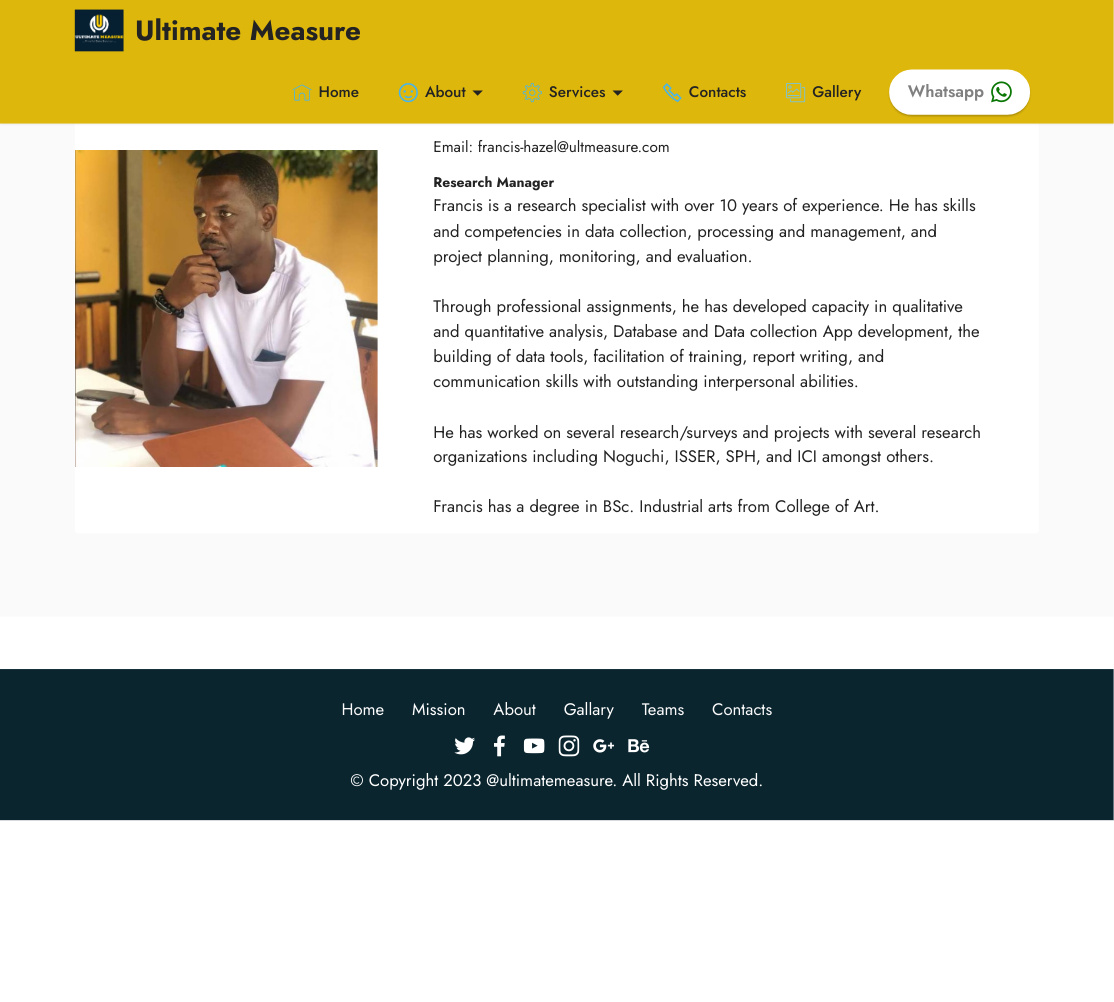
Repository: Saviour-Dagadu/ultMeasure
Page: page3.html
These files come from the project's save history. The page is drawn as it stood at one moment and after a run of saves; the edit follows.
The browser window is 1280 px wide. The pictures show the whole page, at 87% of full size.

Above is the page before, as saved 2023-07-19 04:13:01.

After the next 2 saves:
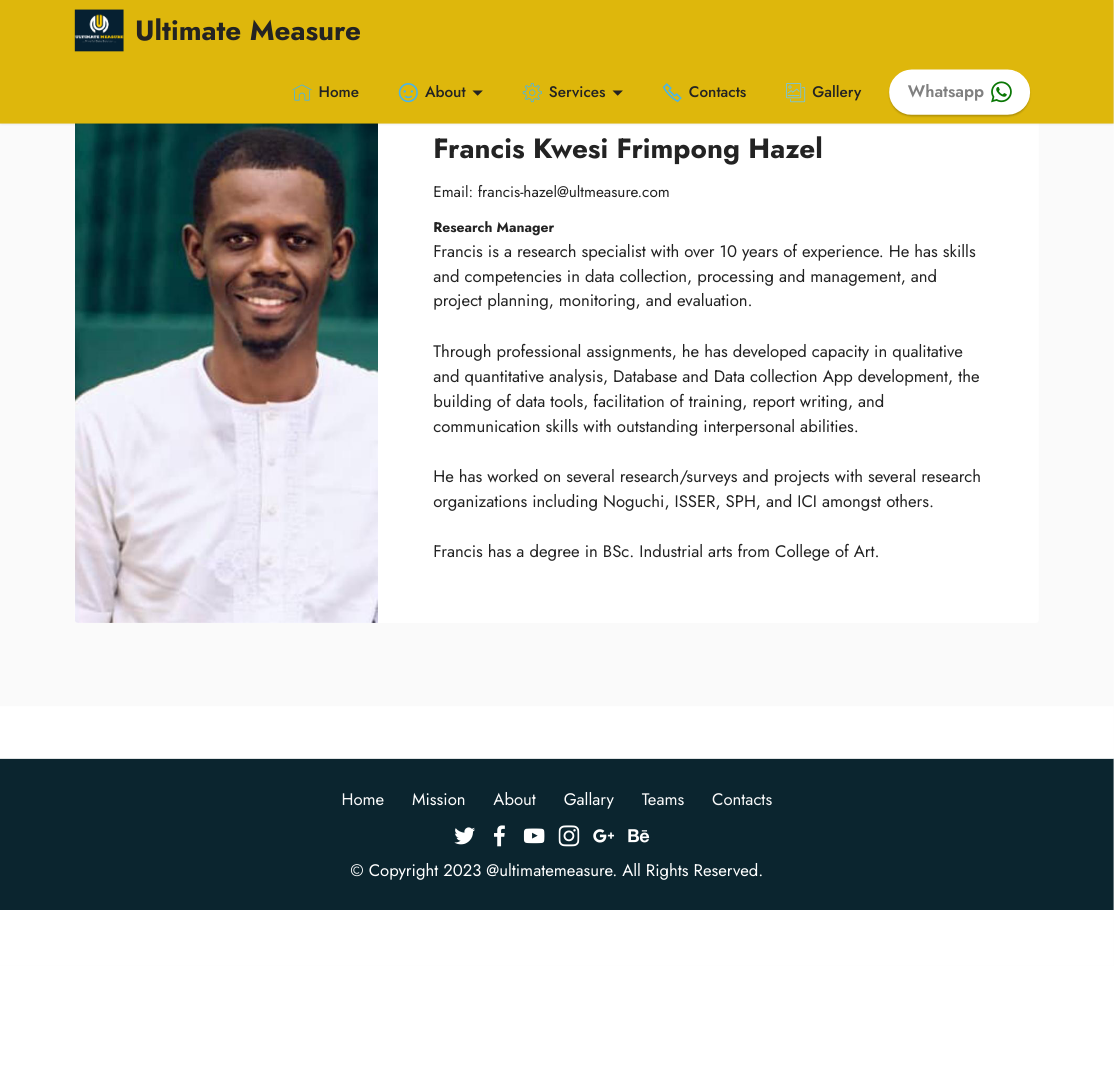
The 2 saves are shown as one change because they came seconds apart.
The last was saved 2 h 36 min later.
--- a/page3.html
+++ b/page3.html
@@ -45,7 +45,7 @@
                 <div class="row align-items-center">
                     <div class="col-12 col-md-4">
                         <div class="image-wrapper">
-                            <img src="assets/images/5a183644-2759-44f6-8364-9d7925e9172f.jpg" alt="Mobirise Website Builder">
+                            <img src="assets/images/105987B3-3173-43E9-A7E6-F65DD8A2C46F.png" alt="Mobirise Website Builder">
                         </div>
                     </div>
                     <div class="col-12 col-md">
